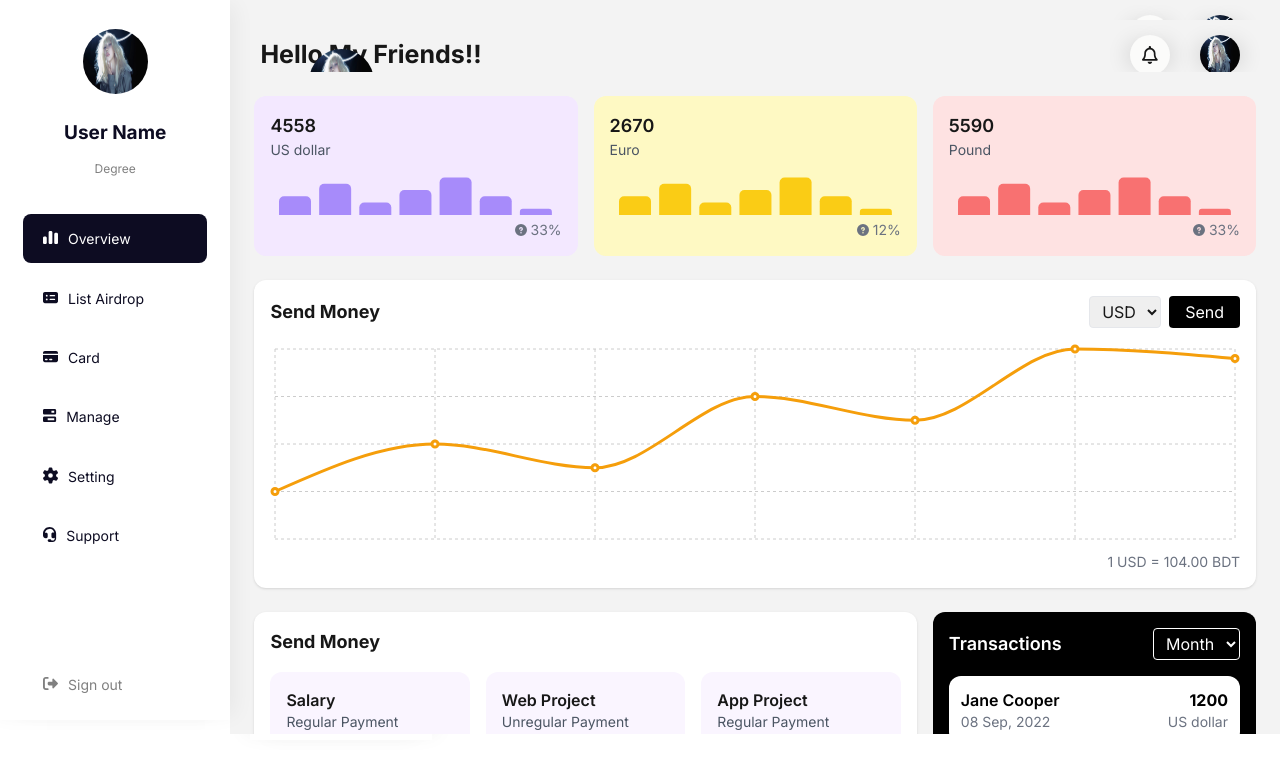
Repository: conGaStuer/airdropmamager
Page: /
An editor plug-in stored every save of this project. The page is shown before and after the next save, followed by the edit.
The browser window is 1280 px wide. The pictures show the whole page.
An inner scrolling area shows only its first screen. The project was rebuilt for these pictures with package versions that can differ from the ones it lists, and the page was loaded fresh each time. The framework's server and built-in components were replaced by stand-ins that run in the browser. Also part of the build but not shown: next.config.ts.

Above is the page before, as saved 2025-05-26 19:28:57.

After the next save:
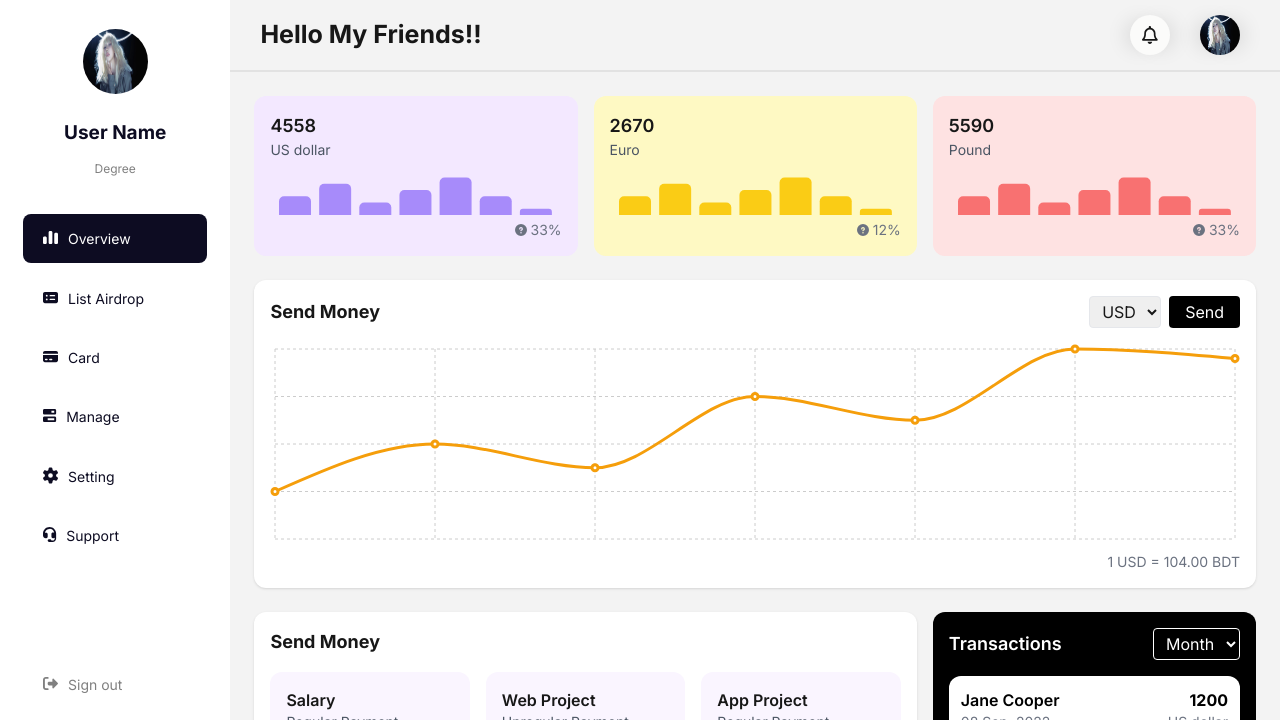
Saved 2 min 51 s later.
--- a/src/app/layout.tsx
+++ b/src/app/layout.tsx
@@ -11,6 +11,7 @@ export const metadata = {
   description: "Manage Airdrops",
 };
 
+// app/layout.tsx
 export default function RootLayout({
   children,
 }: {
@@ -18,15 +19,7 @@ export default function RootLayout({
 }) {
   return (
     <html lang="en">
-      <body className={inter.className}>
-        <div style={{ display: "flex" }}>
-          <SideBar />
-          <div style={{ flexGrow: 1 }}>
-            <NavBar />
-            <main style={{ padding: 20 }}>{children}</main>
-          </div>
-        </div>
-      </body>
+      <body>{children}</body>
     </html>
   );
 }
